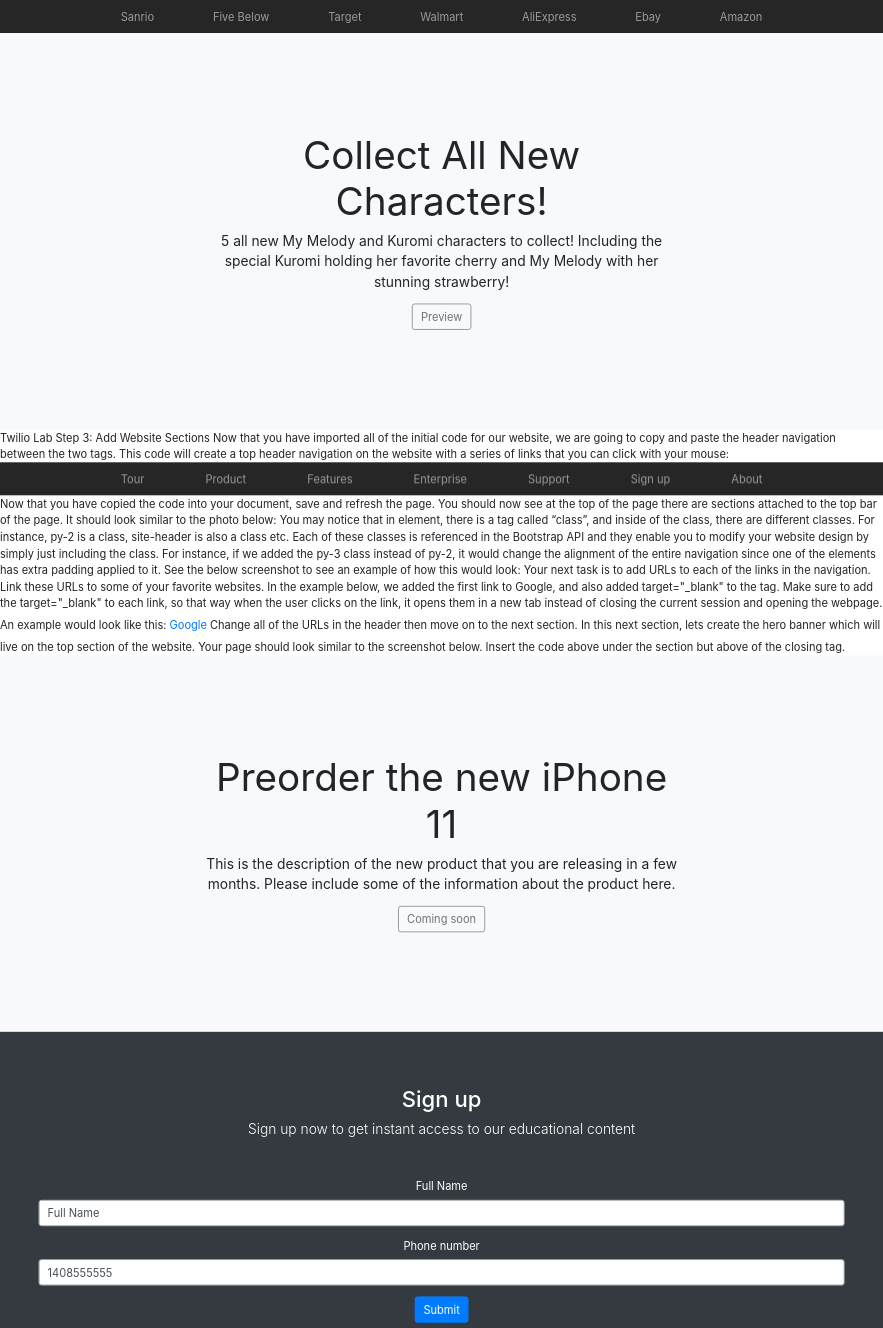
Repository: sflor132/Stephanie-Flores---Resume
Page: LearnCS8-Twilio/index.html
The author's editor kept a record of every edit. The page is drawn from the files as they stood at one moment, then again after the next edit.
The browser window is 1280 px wide. The pictures show the whole page, at 69% of full size.

Above is the page before.

### LearnCS8-Twilio/index.html
<!doctype html>
<html lang="en">
    <head>
<!-- Required meta tags -->
    <meta charset="utf-8">
    <meta name="viewport" content="width=device-width, initial-scale=1, shrink-to-fit=no">
    <meta name="description" content="New! Sanrio My Melody and Kuromi Blind Bag!">
    <meta name="author" content="862329234">

<!-- Bootstrap CSS -->
    <link rel="stylesheet" href="https://stackpath.bootstrapcdn.com/bootstrap/4.5.2/css/bootstrap.min.css" integrity="sha384-JcKb8q3iqJ61gNV9KGb8thSsNjpSL0n8PARn9HuZOnIxN0hoP+VmmDGMN5t9UJ0Z" crossorigin="anonymous">

<!-- Title of your Website -->
    <title>My Melody and Kuromi My Favorite Color Figurine Blind Bag</title>
    <link href="product.css" rel="stylesheet">
    </head>
    <body>
 <nav class="site-header sticky-top py-1">
<!-- Top Menu Bar -->
    <div class="container d-flex flex-column flex-md-row justify-content-between">
<a class="py-2 d-none d-md-inline-block" id="menu-item-1" href="https://www.sanrio.com/" target="_blank">Sanrio</a>
<a class="py-2 d-none d-md-inline-block" id="menu-item-2" href="https://www.fivebelow.com/" target="_blank">Five Below</a>
<a class="py-2 d-none d-md-inline-block" id="menu-item-3" href="https://www.target.com/?ref=tgt_adv_XS000000&AFID=google&fndsrc=tgtao&DFA=71700000012637812&CPNG=Other_Target%2BBrand%7CHoliday_Ecomm_Other&adgroup=Core+Branded+Keywords&LID=700000001170706&LNM=target&MT=e&network=g&device=c&location=9031443&targetid=kwd-19131461&gclid=CjwKCAiAlp2fBhBPEiwA2Q10D0sX5itESCcsBfUziYBOiLd9acwYX0if50r0qxtfLf_3lF_MkIZasBoClAMQAvD_BwE&gclsrc=aw.ds" target="_blank">Target</a>
<a class="py-2 d-none d-md-inline-block" id="menu-item-4" href="https://www.walmart.com/?&adid=22222222220220085369&wmlspartner=wmtlabs&wl0=e&wl1=g&wl2=c&wl3=521205638070&wl4=kwd-27665750&wl5=9031443&wl6=&wl7=&wl8=&veh=sem&gclid=CjwKCAiAlp2fBhBPEiwA2Q10D1OGuQeGEKfYCsI-Xs6Y7LBUVonzJCYbkOc5MuiOque-kUbt3iLhwxoCo7MQAvD_BwE&gclsrc=aw.ds" target="_blank">Walmart</a>
<a class="py-2 d-none d-md-inline-block" id="menu-item-5" href="https://best.aliexpress.com/?af=5bc719ad3d1c1&dp=5bc719ad3d1c1&aff_fcid=87ba963c94ab4a4a83ee74a260154144-1676171187331-09287-_AdZIyM&tt=CPS_NORMAL&aff_fsk=_AdZIyM&aff_platform=portals-promotion&sk=_AdZIyM&aff_trace_key=87ba963c94ab4a4a83ee74a260154144-1676171187331-09287-_AdZIyM&terminal_id=0928347fc537440f8bb4d05c69e2663e" target="_blank">AliExpress</a>
<a class="py-2 d-none d-md-inline-block" id="menu-item-6" href="https://www.ebay.com/">Ebay</a>
<a class="py-2 d-none d-md-inline-block" id="menu-item-7" href="https://www.amazon.com/?tag=amazusnavi-20&hvadid=381823287328&hvpos=&hvnetw=g&hvrand=10109593019199676378&hvpone=&hvptwo=&hvqmt=e&hvdev=c&hvdvcmdl=&hvlocint=&hvlocphy=9031443&hvtargid=kwd-141118230&ref=pd_sl_45vpgydmha_e&hydadcr=28883_11845442&gclid=CjwKCAiAlp2fBhBPEiwA2Q10D3d_UF0RQhgS1aEDYe2viCoxBem5WbXQs4TfQqaET11d3B3PomuZHBoCfXYQAvD_BwE" target="_blank">Amazon</a>
    </div>
</nav>
<!-- Main Header Section h1-->
<div class="position-relative overflow-hidden p-3 p-md-5 m-md-0 text-center bg-light">
    <div class="col-md-8 p-lg-5 mx-auto my-5">
<h1 class="display-4 font-weight-normal">Collect All New Characters!</h1>
<p class="lead font-weight-normal">5 all new My Melody and Kuromi characters to collect! Including the special Kuromi holding her favorite cherry and My Melody with her stunning strawberry! </p>
<a class="btn btn-outline-secondary" href="https://www.youtube.com/watch?v=onREP2cQKVI" target="_blank">Preview</a>
    </div>
</div>
Twilio Lab
Step 3: Add Website Sections
Now that you have imported all of the initial code for our website, we are going to copy and paste the header navigation between the two <body> </body> tags. This code will create a top header navigation on the website with a series of links that you can click with your mouse:

<nav class="site-header sticky-top py-1">
    <!-- Top Menu Bar -->
    <div class="container d-flex flex-column flex-md-row justify-content-between">
        <a class="py-2 d-none d-md-inline-block" id="menu-item-1" href="#">Tour</a>
        <a class="py-2 d-none d-md-inline-block" id="menu-item-2" href="#">Product</a>
        <a class="py-2 d-none d-md-inline-block" id="menu-item-3" href="#">Features</a>
        <a class="py-2 d-none d-md-inline-block" id="menu-item-4" href="#">Enterprise</a>
        <a class="py-2 d-none d-md-inline-block" id="menu-item-5" href="#">Support</a>
        <a class="py-2 d-none d-md-inline-block" id="menu-item-6" href="#">Sign up</a>
        <a class="py-2 d-none d-md-inline-block" id="menu-item-7" href="#">About</a>
    </div>
</nav>
Now that you have copied the code into your document, save and refresh the page. You should now see at the top of the page there are sections attached to the top bar of the page. It should look similar to the photo below:



You may notice that in element, there is a tag called “class”, and inside of the class, there are different classes. For instance, py-2 is a class, site-header is also a class etc. Each of these classes is referenced in the Bootstrap API and they enable you to modify your website design by simply just including the class. For instance, if we added the py-3 class instead of py-2, it would change the alignment of the entire navigation since one of the elements has extra padding applied to it. See the below screenshot to see an example of how this would look:



Your next task is to add URLs to each of the links in the navigation. Link these URLs to some of your favorite websites. In the example below, we added the first link to Google, and also added target="_blank" to the tag. Make sure to add the target="_blank" to each link, so that way when the user clicks on the link, it opens them in a new tab instead of closing the current session and opening the webpage. An example would look like this:

<a class="py-2 d-none d-md-inline-block" id="menu-item-1" href="https://google.com" target="_blank">Google</a>
Change all of the URLs in the header then move on to the next section.
In this next section, lets create the hero banner which will live on the top section of the website. Your page should look similar to the screenshot below. Insert the code above under the </nav> section but above of the closing </body> tag.

<!-- Main Header Section h1-->
<div class="position-relative overflow-hidden p-3 p-md-5 m-md-0 text-center bg-light">
    <div class="col-md-8 p-lg-5 mx-auto my-5">
        <h1 class="display-4 font-weight-normal">Preorder the new iPhone 11</h1>
        <p class="lead font-weight-normal">This is the description of the new product that you are releasing in a few months. Please include some of the information about the product here.</p>
        <a class="btn btn-outline-secondary" href="#">Coming soon</a>
    </div>
</div>
<!-- Left Tile -->
<div class="d-md-flex flex-md-equal w-100">
    <div class="bg-dark pt-3 px-3 pt-md-5 px-md-5 text-center text-white overflow-hidden">
<div class="my-3 py-3">
<h2 class="display-5">Sign up</h2>
<p class="lead">Sign up now to get instant access to our educational content</p>
</div>
<!-- Web form when submitted will send a text message -->
<form class="p-2" onsubmit="sendTextMessage(); return false;">
<!-- Full Name Form Field -->
<div class="form-group">
<label for="example-first-name">Full Name</label>
<input type="text" value="Full Name" class="form-control" id="example-first-name" aria-describedby="emailHelp">
</div>
<!-- Phone Number Form Field -->
<div class="form-group">
<label for="example-tel-input">Phone number</label>
<input type="tel" class="form-control" value="1408555555" id="example-tel-input">
</div>
<!-- JavaScript that handles onSubmit logic -->
<!-- Configure the XHR request below with your own credentials -->
<script>
function sendTextMessage() {
console.log("Hello world!");
var xhr = new XMLHttpRequest();
var accountSID = "XXXXXXXXXXXXXXXX";
var authToken = "XXXXXXXXXXXXXXXX";
var base64encoded = accountSID + ":" + authToken;
var params = "To=" + document.getElementById('example-tel-input').value + "&From=" + "XXXXXXXXXX" + "&Body=" + "Hello " + document.getElementById('example-first-name').value + " nice job on sending your first SMS with APIs."
xhr.open("POST", "https://api.twilio.com/2010-04-01/Accounts/" + accountSID + "/Messages.json", true);
xhr.setRequestHeader('Content-Type', 'application/x-www-form-urlencoded');
 xhr.setRequestHeader('Authorization', 'Basic ' + btoa(base64encoded));
xhr.send(params);
}
    </script>
<!-- Submit button that will execute the sendTextMessage function -->
<button type="submit" class="btn btn-primary">Submit</button></form>
    </div>
    </body>
</html>

### LearnCS8-Twilio/product.css
.container {
  max-width: 960px;
}

/*
 * Custom translucent site header
 */

.site-header {
  background-color: rgba(0, 0, 0, .85);
  -webkit-backdrop-filter: saturate(180%) blur(20px);
  backdrop-filter: saturate(180%) blur(20px);
}
.site-header a {
  color: #999;
  transition: ease-in-out color .15s;
}
.site-header a:hover {
  color: #fff;
  text-decoration: none;
}

/*
 * Dummy devices (replace them with your own or something else entirely!)
 */

.product-device {
  position: absolute;
  right: 10%;
  bottom: -30%;
  width: 300px;
  height: 540px;
  background-color: #333;
  border-radius: 21px;
  -webkit-transform: rotate(30deg);
  transform: rotate(30deg);
}

.product-device::before {
  position: absolute;
  top: 10%;
  right: 10px;
  bottom: 10%;
  left: 10px;
  content: "";
  background-color: rgba(255, 255, 255, .1);
  border-radius: 5px;
}

.product-device-2 {
  top: -25%;
  right: auto;
  bottom: 0;
  left: 5%;
  background-color: #e5e5e5;
}


/*
 * Extra utilities
 */

.flex-equal > * {
  -ms-flex: 1;
  flex: 1;
}
@media (min-width: 768px) {
  .flex-md-equal > * {
    -ms-flex: 1;
    flex: 1;
  }
}

.overflow-hidden { overflow: hidden; }

After the next edit:
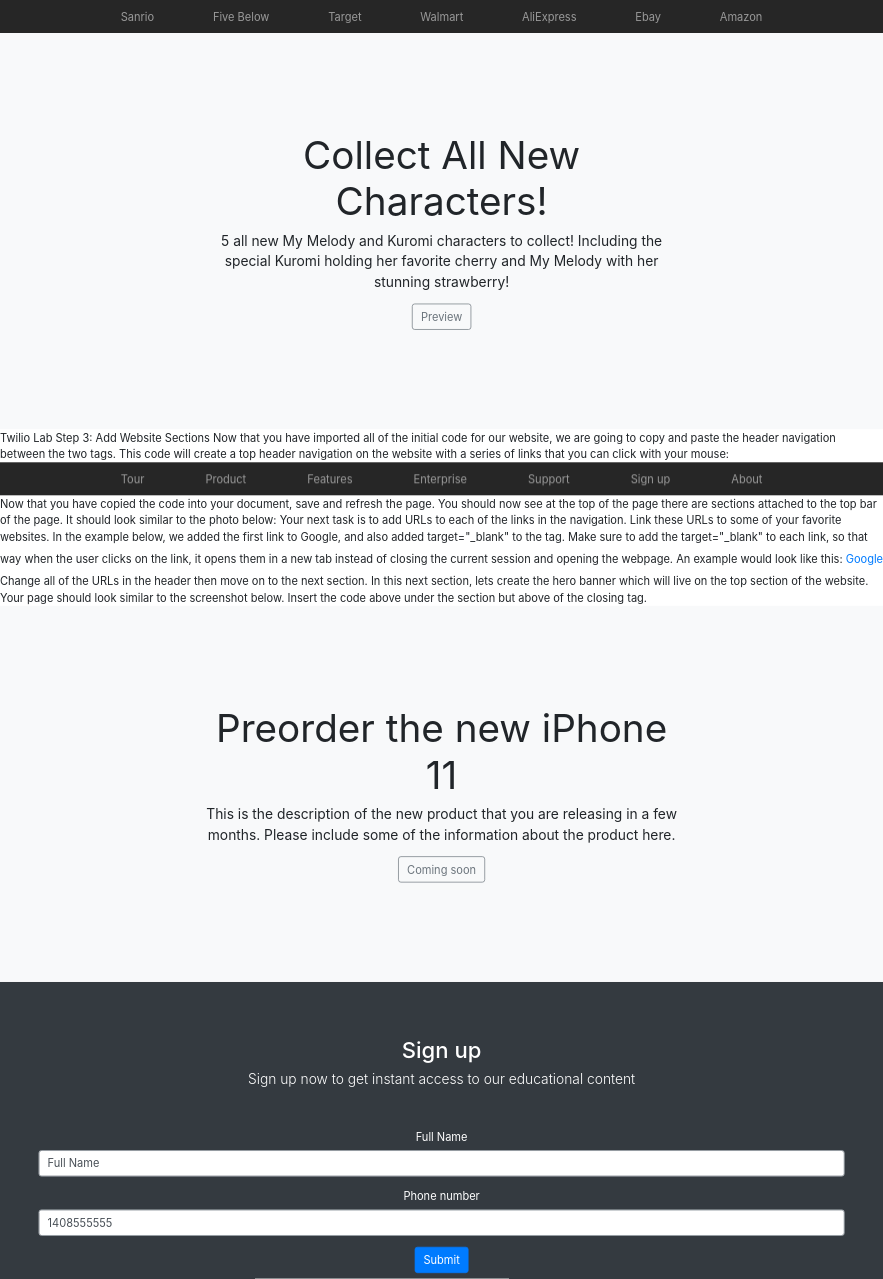
The edit:
--- a/LearnCS8-Twilio/index.html
+++ b/LearnCS8-Twilio/index.html
@@ -55,7 +55,6 @@
 
 
 
-You may notice that in element, there is a tag called “class”, and inside of the class, there are different classes. For instance, py-2 is a class, site-header is also a class etc. Each of these classes is referenced in the Bootstrap API and they enable you to modify your website design by simply just including the class. For instance, if we added the py-3 class instead of py-2, it would change the alignment of the entire navigation since one of the elements has extra padding applied to it. See the below screenshot to see an example of how this would look:
 
 
 
